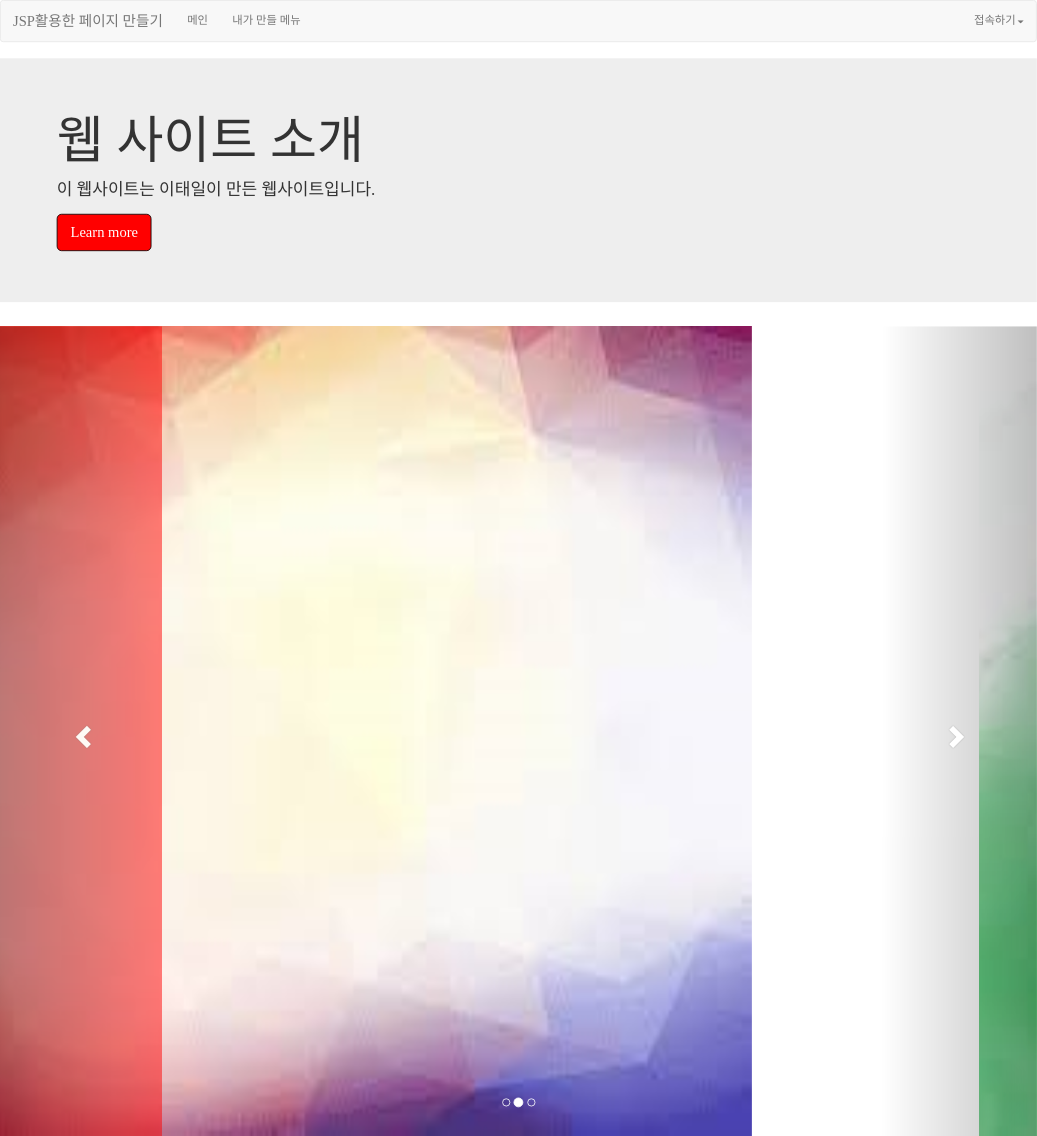
Repository: taeillee1/Newstudy
Page: http://localhost/SpringMVCJava/WEB-INF/views/mainpage.jsp
An editor plug-in stored every save of this project. The page is shown before and after the next save, followed by the edit.
The browser window is 1280 px wide. The pictures show the whole page, at 81% of full size.
Some web fonts or font styles are not loaded; a fallback is used. Some web libraries are served in a nearby version. The page is served by Tomcat 9. Nobody is signed in. Other server files are loaded and not shown. The template is opened directly, without the code that normally fills it, so the values that code supplies are empty.

Above is the page before, as saved 2022-01-08 10:54:40.

### Newpage/SpringMVCJava/src/main/webapp/WEB-INF/views/mainpage.jsp
<%@ page language="java" contentType="text/html; charset=UTF-8"
    pageEncoding="UTF-8"%>
<%@ page import="java.io.PrintWriter" %>
<!DOCTYPE html>
<html>
<head>
<meta http-equiv="Content-Type" content="text/html; charset=UTF-8">
<meta name="viewport" content="width=device-width",initial-scale="1">
<link rel="stylesheet" type="text/css" href="https://stackpath.bootstrapcdn.com/bootstrap/3.1.1/css/bootstrap.min.css">
<link rel="stylesheet" type="text/css" href="css/onlymine.css">
<title>Insert title here</title>
<style>
	.hi{
		background-color:yellow;
		font-size:30px;
	}
</style>
</head>
<body>
	<%
		String userID=null;
		if(session.getAttribute("userID") != null){
			userID=(String)session.getAttribute("userID");
		}
	%>
	<nav class="navbar navbar-default">
		<div class="navbar-header">
			<a class="navbar-brand" href ="mainpage">JSP활용한 페이지 만들기</a>
			<button type="button" class="navbar-toggle collapsed" data-toggle="collapse"
			data-target="#bs-example-navbar-collapse-1" aria-expanded="false"> <!-- collapse는 숨기기 기능  -->
				<span class="icon-bar"></span>
				<span class="icon-bar"></span>
				<span class="icon-bar"></span>

			</button>
		</div>
		<div class="collapse navbar-collapse" id =bs-example-navbar-collapse-1>
			<ul class="nav navbar-nav">
				<li><a href="mainpage">메인</a></li>
				<li><a href="Mymenu">내가 만들 메뉴</a></li>
			</ul>

			<%
			if(userID==null){
			%>
			<ul class="nav navbar-nav navbar-right">
				<li class="dropdown">
					<a href="#" class="dropdown-toggle" data-toggle="dropdown" role="button" aria-haspopup="true"
					aria-expanded="false">접속하기<span class="caret"></span></a>
					<ul class="dropdown-menu">
						<li><a href="login">로그인</a></li>
						<li><a href="join">회원가입</a></li>
					</ul>
				</li>
			</ul>
			<%
				}else{
			%>
			<ul class="nav navbar-nav navbar-right">
				<li class="dropdown">
					<a href="#" class="dropdown-toggle" data-toggle="dropdown" role="button" aria-haspopup="true"
					aria-expanded="false">회원관리<span class="caret"></span></a>
					<ul class="dropdown-menu">
						<li class="hi"><a href="#"><%= userID %></a></li>
						<li><a href="logoutAction">로그아웃</a></li>

					</ul>
				</li>
			</ul>
			<%
				}
			%>

		</div>
	</nav>
	<div class="jumbotron">
		<div class="container">
			<h1>웹 사이트 소개</h1>
			<p>이 웹사이트는 이태일이 만든 웹사이트입니다.</p>
			<p><a class="btn btn-primary btn-lg" href="#" role="button" style = "background-color: red; border-color:black;">Learn more</a></p>
		</div>
	</div>

		<div id="myCarousel" class="carousel slide" data-ride="carousel">
			<ol class="carousel-indicators">
				<li data-target="#myCarousel" data-slide-to="0" class="active"></li>
				<li data-target="#myCarousel" data-slide-to="1" class="active"></li>
				<li data-target="#myCarousel" data-slide-to="2" class="active"></li>
			</ol>
			<div class="carousel-inner">
				<div class="item active">
					<img src="image/im1.png">
				</div>
				<div class="item">
					<img src="image/im2.png">
				</div>
				<div class="item">
					<img src="image/imimim.png">
				</div>
			</div>
			<a class="left carousel-control" href="#myCarousel" data-slide="prev" style="background-color:red; width:200px;">
				<span class="glyphicon glyphicon-chevron-left"></span>
			</a>
			<a class="right carousel-control" href="#myCarousel" data-slide="next">
				<span class="glyphicon glyphicon-chevron-right"></span>
			</a>
		</div>



	<script src="http://code.jquery.com/jquery-3.1.1.min.js"></script>
	<script src="js/bootstrap.js"></script>
</body>
</html>

### Newpage/SpringMVCJava/src/main/webapp/resources/css/onlymine.css
@import url(http://fonts.googleapis.com/earlyaccess/nanumgothic.css);
@import url(http://fonts.googleapis.com/earlyaccess/hanna.css);
*{
	font-family : 'Nanum Gothic';
}
h1{
	font-family : 'Hanna';
}

Loaded but not shown: Newpage/SpringMVCJava/src/main/webapp/resources/js/bootstrap.js (library)

After the next save:
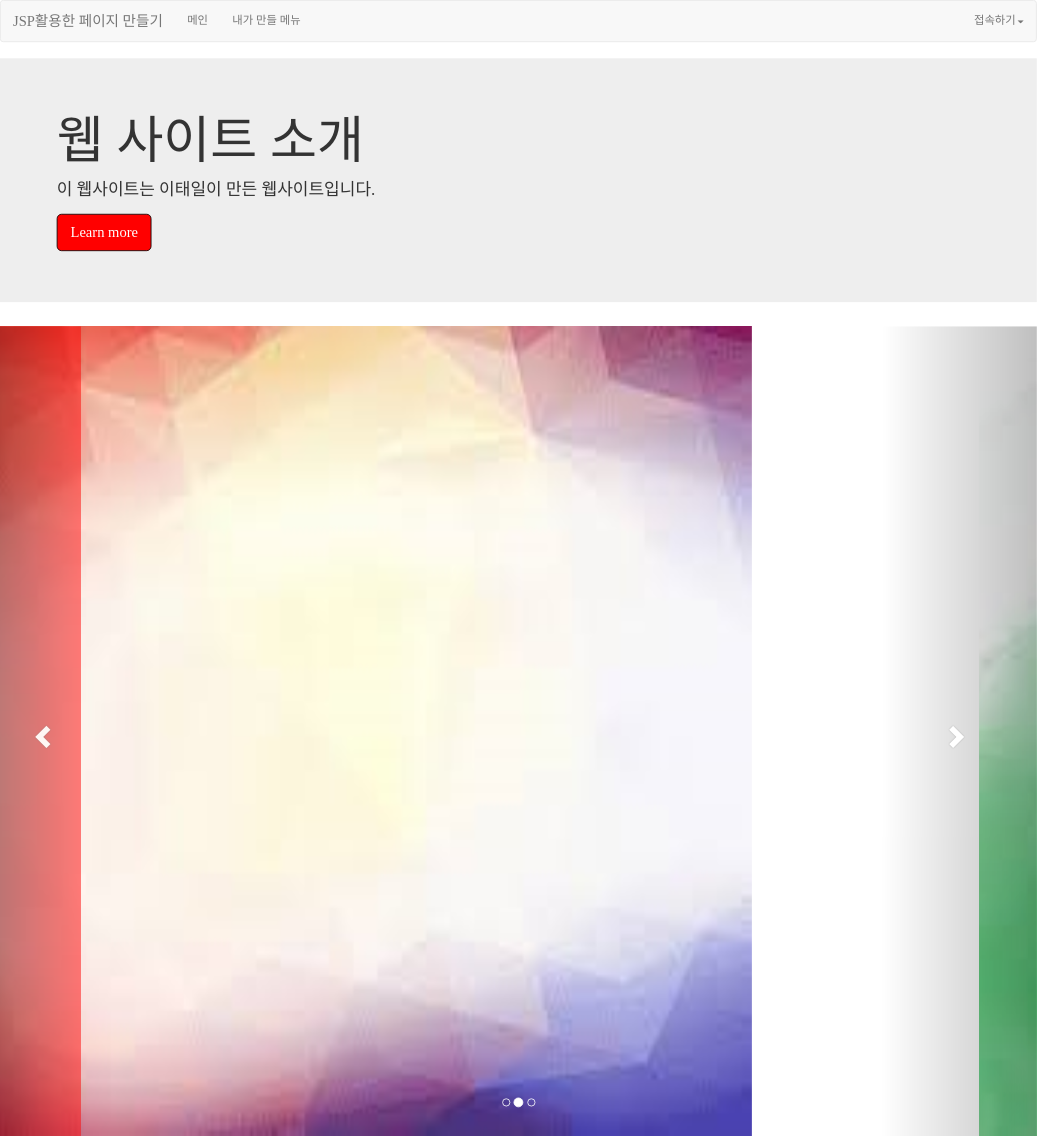
Saved 6 s later.
--- a/Newpage/SpringMVCJava/src/main/webapp/WEB-INF/views/mainpage.jsp
+++ b/Newpage/SpringMVCJava/src/main/webapp/WEB-INF/views/mainpage.jsp
@@ -98,7 +98,7 @@
 					<img src="image/imimim.png">
 				</div>
 			</div>
-			<a class="left carousel-control" href="#myCarousel" data-slide="prev" style="background-color:red; width:200px;">
+			<a class="left carousel-control" href="#myCarousel" data-slide="prev" style="background-color:red; width:100px;">
 				<span class="glyphicon glyphicon-chevron-left"></span>
 			</a>
 			<a class="right carousel-control" href="#myCarousel" data-slide="next">
